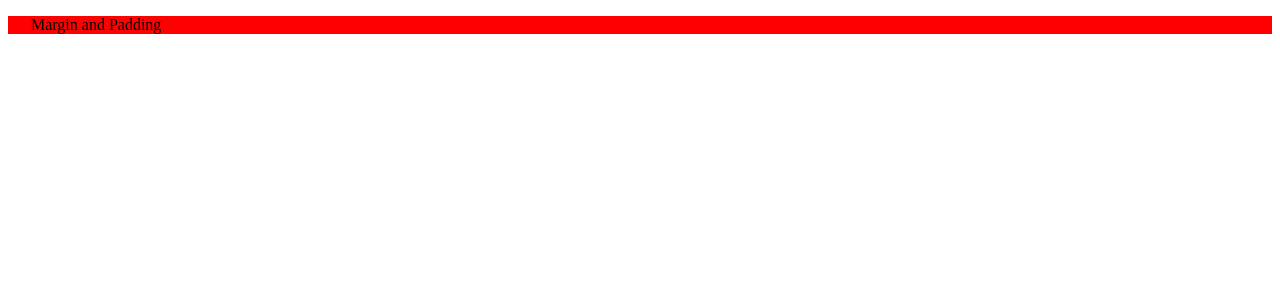
Repository: ntu34543/cut-landing-page-Figma
Page: home.html
These files come from the project's save history. The page is drawn as it stood at one moment and after a run of saves; the edit follows.
The browser window is 1280 px wide. The pictures show the whole page.

Above is the page before, as saved 2022-09-12 22:35:21.

### home.html
<!DOCTYPE html>
<html lang="en">

<head>
    <meta charset="UTF-8">
    <meta http-equiv="X-UA-Compatible" content="IE=edge">
    <meta name="viewport" content="width=device-width, initial-scale=1.0">
    <title>Document</title>
    <script type="module"
        src="https://unpkg.com/ionicons@5.5.2/dist/ionicons/ionicons.esm.js"></script>
    <script nomodule src="https://unpkg.com/ionicons@5.5.2/dist/ionicons/ionicons.js"></script>
    <style>
        .div1 {
            background-color: red;
            width: 200px;
            height: 200px;
            /* display: flex;
            align-items: center; */
        }

        .div2 {
            background-color: yellow;
            width: 100px;
            height: 100px;
            /* display: flex;
            align-items: center; */
        }

        .div3 {
            background-color: blue;
            width: 100px;
            height: 100px;
        }

        .div4 {
            background-color: pink;
            width: 50px;
            height: 50px;
            display: flex;
            align-items: center;
        }

        .div5 {
            background-color: black;
            width: 50px;
            height: 50px;
        }

        .div6 {
            background-color: red;
            width: 30px;
            height: 30px;
            display: flex;
            justify-content: center;
            align-items: center;
        }

        .div7 {
            background-color: black;
            width: 30px;
            height: 30px;
        }

        .div8 {
            background-color: white;
            width: 10px;
            height: 10px;
        }

        .div9 {
            background-color: purple;
            width: 10px;
            height: 10px;
        }

        .p {
            /* margin: 113px; */
            box-sizing: border-box;
            padding: 53px;
            background-color: red;
            width: 150px;
            height: 150px;
            border: 5px solid black;
        }

        /* Form focus */
        .form-input {
            padding: 0 20px;
            border: 1px solid #eee;
            border-radius: 4px;
            width: 100%;
            height: 50px;
            transition: 0.25s ease;
        }

        .form-input:focus {
            border-color: #6a5af9;
        }

        .form-field {
            top: 50px;
            position: relative;
        }

        .form-label {
            position: absolute;
            top: 50%;
            transform: translateY(-50%);
            left: 21px;
            user-select: none;
            color: #999;
            pointer-events: none;
            transition: 0.25s ease;
        }

        .form-input:not(:placeholder-shown)+.form-label,
        .form-input:focus+.form-label {
            top: 0;
            pad: 0 10px;
            display: inline-block;
            background-color: white;
            color: #6a5af9;
        }

        /* menu */
        .menu {
            margin-top: 80px;
            background-color: #18273b;
            padding: 50px 0 50px 15px;
            border-radius: 16px;
            width: 200px;
        }

        .menu-item {
            padding: 15px;
            border-radius: 12px 0 0 12px;
            display: block;
            color: white;
            font-size: 16px;
            cursor: pointer;
            position: relative;
            margin-bottom: 10px;
        }

        .menu-item.active::before {
            content: "";
            width: 20px;
            height: 20px;
            background-color: #18273b;
            position: absolute;
            top: 0;
            right: 0;
            border-radius: 50%;
            transform: translateY(-100%);
            box-shadow: 10px 10px 0 0 white;
        }

        .menu-item.active::after {
            content: "";
            width: 20px;
            height: 20px;
            background-color: #18273b;
            position: absolute;
            bottom: 0;
            right: 0;
            border-radius: 50%;
            transform: translateY(100%);
            box-shadow: 10px -10px 0 0 white;
        }

        .menu-item.active {
            background-color: #fff;
            color: #624FFC;
        }

        .menu-item span {
            display: inline-block;
            margin-left: 10px;
        }

        .dessss{
            padding-left: 23px;
            /* margin: 23px; */
            background-color: red;
        }
    </style>
</head>

<body>
    <p class="dessss">Margin and Padding</p>
    <!-- <h1 class="des">Margin and Padding</h1>
    <button>dfafsfds</button> -->
    <!-- <div class="form-field">
        <input type="text" class="form-input" placeholder=" ">
        <label for="name" class="form-label">Name</label>
    </div> -->
    <!-- <ul class="menu">
        <li class="menu-item active">
            <ion-icon name="home-outline"></ion-icon>
            <span class="menu-text">Dashboard</span>
        </li>
        <li class="menu-item">
            <ion-icon name="bar-chart-outline"></ion-icon>
            <span class="menu-text">Report</span>
        </li>
        <li class="menu-item">
            <ion-icon name="people-outline"></ion-icon>
            <span class="menu-text">User</span>
        </li>
    </ul> -->
    <!-- <p class="p"></p> -->
    <!-- <div class="div1">
        <div class="div2">
            <div class="div4">
            </div>
            <div class="div5"></div>
        </div>
        <div class="div3"></div>
    </div> -->
    <!-- <div class="header-container">
        <img srcset="./images/logo.png 2x" alt="">
        <ul class="menu">
            <li class="menu-item">
                <a href="#" class="menu-link">About</a>
            </li>
            <li class="menu-item">
                <a href="#" class="menu-link">Features</a>
            </li>
            <li class="menu-item">
                <a href="#" class="menu-link">Pricing</a>
            </li>
            <li class="menu-item">
                <a href="#" class="menu-link">Testimonials</a>
            </li>
            <li class="menu-item">
                <a href="#" class="menu-link">Help</a>
            </li>
        </ul>
        <div class="header-auth">
            <a href="#" class="header-signin">Sign In</a>
            <a href="#" class="button button--outline" style="padding: 13px 44px;">Sign Up</a>
        </div>
    </div> -->
    <script>
        const menuItems = document.querySelectorAll(".menu-item");
        menuItems.forEach(item => item.addEventListener("click", function (event) {
            menuItems.forEach(el => el.classList.remove("active"));
            event.target.classList.add("active");
        }));
    </script>
</body>

</html>

After the next 2 saves:
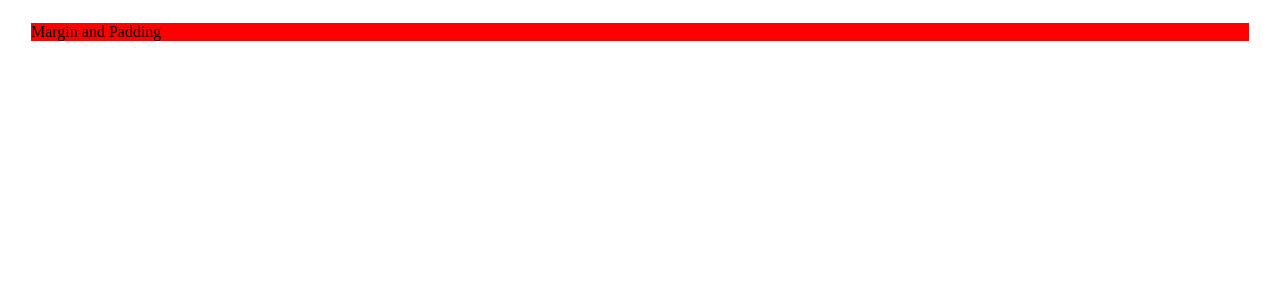
The 2 saves are shown as one change because they came seconds apart.
The last was saved 16 s later.
--- a/home.html
+++ b/home.html
@@ -179,8 +179,8 @@
         }
 
         .dessss{
-            padding-left: 23px;
-            /* margin: 23px; */
+            /* padding-left: 23px; */
+            margin: 23px;
             background-color: red;
         }
     </style>

After the save that followed:
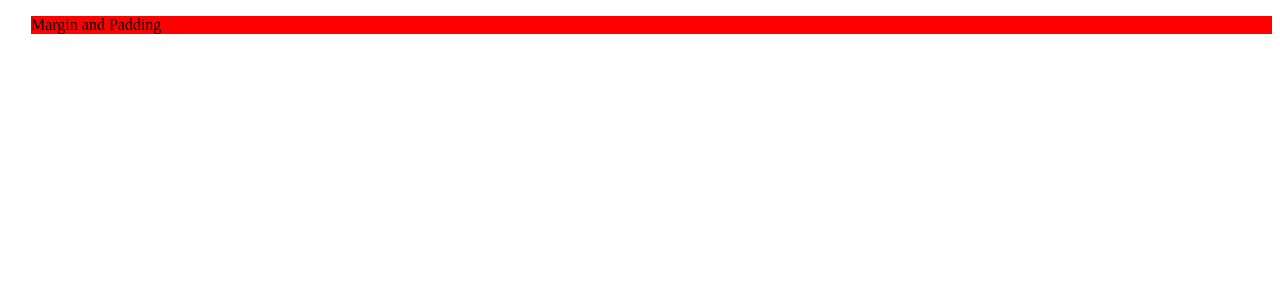
Saved 5 s later.
--- a/home.html
+++ b/home.html
@@ -180,7 +180,7 @@
 
         .dessss{
             /* padding-left: 23px; */
-            margin: 23px;
+            margin-left: 23px;
             background-color: red;
         }
     </style>
